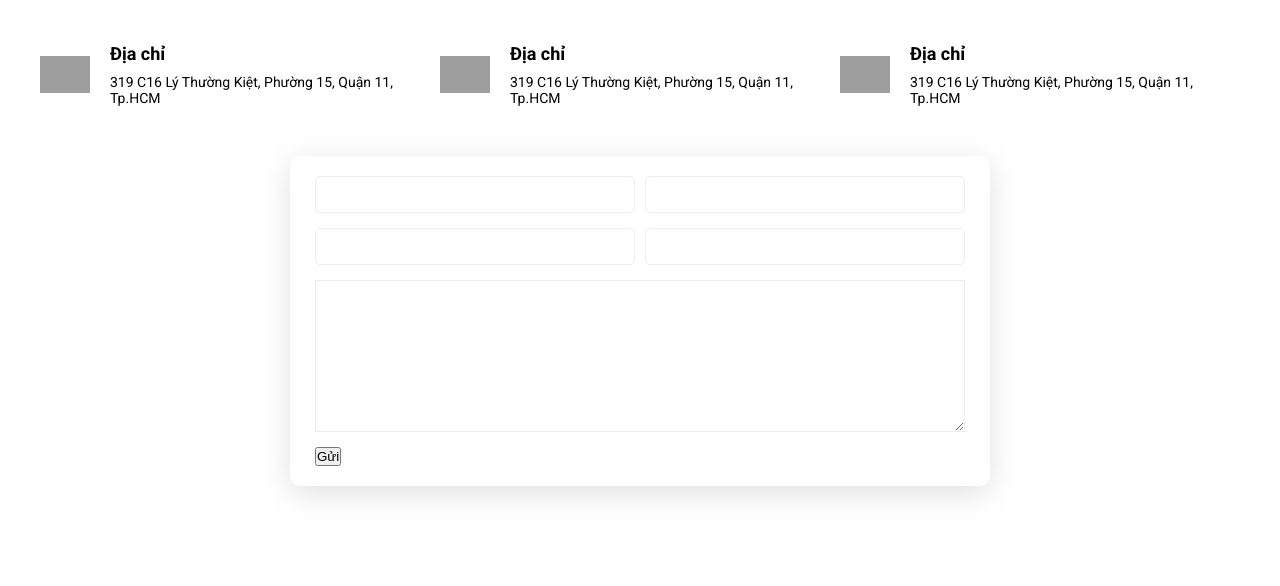
Repository: web345/WEBNANGCAO-clock-
Page: contact.html
An editor plug-in stored every save of this project. The page is shown before and after the next save, followed by the edit.
The browser window is 1280 px wide. The pictures show the part of the page from y = 678 to 1288 px (the page is 1264 px tall before and 1288 px after).
Pictures or frames that could not be fetched are drawn as grey boxes. Some web libraries are served in a nearby version.

Above is the page before, as saved 2021-09-10 20:30:02.

After the next save:
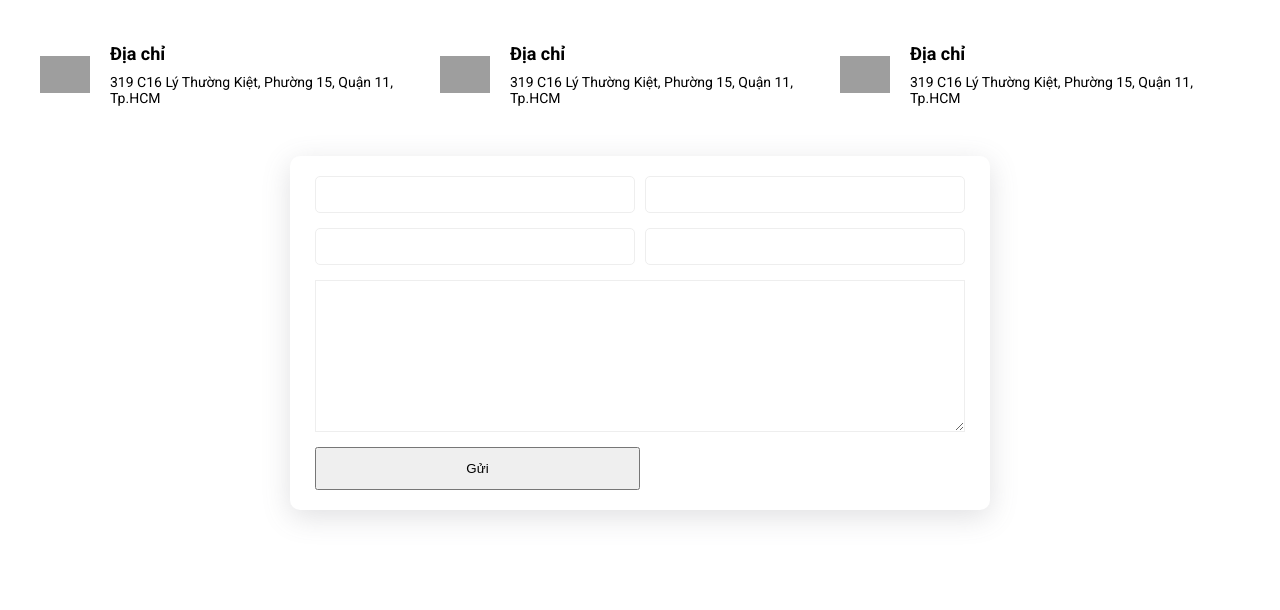
Saved 11 s later.
--- a/CSS/contact.css
+++ b/CSS/contact.css
@@ -59,7 +59,7 @@ form {
   border: 1px solid #eee;
 }
 
-button.button-contact {
+button.btn-contact {
   margin: 0 auto;
   padding: 12px 24px;
   width: 50%;
